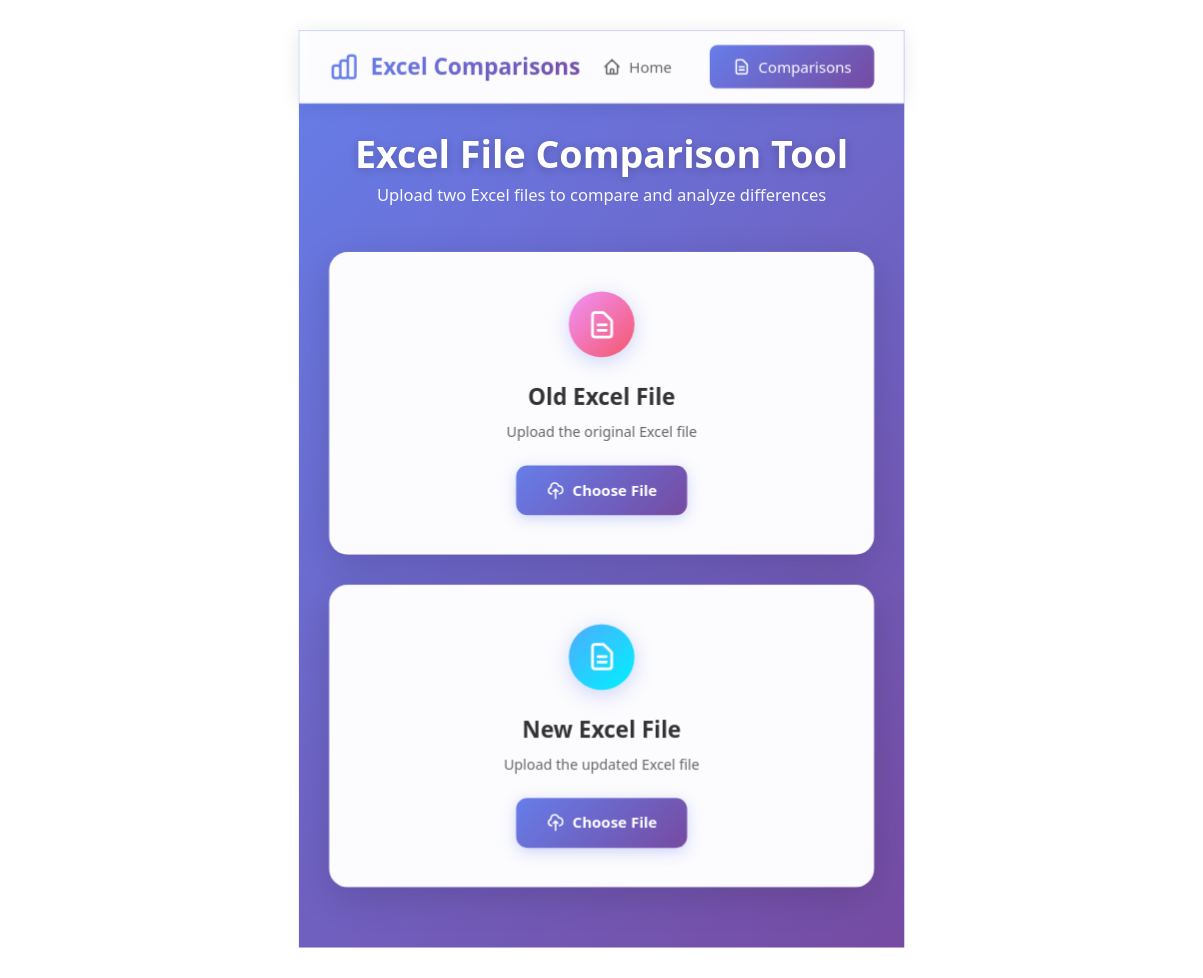
Repository: eidimontaha18-maker/compareexcels
Page: /
These files come from the project's save history. The page is drawn as it stood at one moment and after the next save; the edit follows.
The browser window is 1280 px wide. The pictures show the whole page, at 94% of full size.
The project was rebuilt for these pictures with package versions that can differ from the ones it lists, and the page was loaded fresh each time. Also part of the build but not shown: vite.config.ts.

Above is the page before, as saved 2025-10-16 13:06:15.

### src/App.tsx
import Dashboard from './pages/index'
import './App.css'

function App() {
  return <Dashboard />
}

export default App

### src/pages/index.tsx
import React, { useState } from 'react';
import * as XLSX from 'xlsx';
import './index.css';

interface ExcelRow {
  [key: string]: string | number | boolean | null | undefined;
}

interface ComparisonResult {
  canceled: ExcelRow[];
  edited: ExcelRow[];
  noChange: ExcelRow[];
}

const Dashboard: React.FC = () => {
  const [oldFile, setOldFile] = useState<File | null>(null);
  const [newFile, setNewFile] = useState<File | null>(null);
  const [comparisonResult, setComparisonResult] = useState<ComparisonResult | null>(null);
  const [activeView, setActiveView] = useState<'canceled' | 'edited' | 'noChange' | null>(null);
  const [isLoading, setIsLoading] = useState(false);

  const handleFileUpload = (file: File, type: 'old' | 'new') => {
    if (type === 'old') {
      setOldFile(file);
    } else {
      setNewFile(file);
    }
    // Reset results when new file is uploaded
    setComparisonResult(null);
    setActiveView(null);
  };

  const readExcelFile = (file: File): Promise<ExcelRow[]> => {
    return new Promise((resolve, reject) => {
      const reader = new FileReader();
      reader.onload = (e) => {
        try {
          const data = e.target?.result;
          const workbook = XLSX.read(data, { type: 'binary' });
          const sheetName = workbook.SheetNames[0];
          const worksheet = workbook.Sheets[sheetName];
          const jsonData = XLSX.utils.sheet_to_json(worksheet);
          resolve(jsonData as ExcelRow[]);
        } catch (error) {
          reject(error);
        }
      };
      reader.onerror = reject;
      reader.readAsBinaryString(file);
    });
  };

  const normalizeColumnName = (name: string): string => {
    // Normalize column names to handle variations
    const normalized = name.trim().toLowerCase();
    if (normalized.includes('seq')) return 'Seq.';
    if (normalized.includes('description')) return 'Description';
    if (normalized.includes('qty') || normalized.includes('quantity')) return 'Quantity';
    if (normalized.includes('unit') && normalized.includes('price')) return 'Unit Price';
    if (normalized.includes('amount')) return 'Amount';
    return name;
  };

  const normalizeData = (data: ExcelRow[]): ExcelRow[] => {
    return data.map(row => {
      const normalizedRow: ExcelRow = {};
      Object.keys(row).forEach(key => {
        const normalizedKey = normalizeColumnName(key);
        normalizedRow[normalizedKey] = row[key];
      });
      return normalizedRow;
    });
  };

  const createCompositeKey = (row: ExcelRow): string => {
    // Create a unique key using both Seq. and Description
    const seq = row['Seq.'] != null ? String(row['Seq.']).trim() : '';
    const description = row['Description'] != null ? String(row['Description']).trim() : '';
    return `${seq}|||${description}`; // Using ||| as separator to avoid conflicts
  };

  const compareExcelFiles = async () => {
    if (!oldFile || !newFile) {
      alert('Please upload both Excel files');
      return;
    }

    setIsLoading(true);
    try {
      const oldDataRaw = await readExcelFile(oldFile);
      const newDataRaw = await readExcelFile(newFile);

      // Normalize column names
      const oldData = normalizeData(oldDataRaw);
      const newData = normalizeData(newDataRaw);

      const canceled: ExcelRow[] = [];
      const edited: ExcelRow[] = [];
      const noChange: ExcelRow[] = [];

      // Columns to check for changes (NOT including Seq. and Description)
      // Seq. and Description must match for the row to be considered the same item
      const columnsToCompare = ['Quantity', 'Unit Price', 'Amount'];

      // Create a map of new data using BOTH Seq. AND Description as composite key
      const newDataMap = new Map<string, ExcelRow>();
      newData.forEach(row => {
        const seq = row['Seq.'];
        const description = row['Description'];

        // Only add to map if both Seq. and Description exist
        if (seq != null && description != null) {
          const key = createCompositeKey(row);
          newDataMap.set(key, row);
        }
      });

      // Compare old data with new data based on BOTH Seq. AND Description
      oldData.forEach(oldRow => {
        const seq = oldRow['Seq.'];
        const description = oldRow['Description'];

        // Skip rows without both Seq. and Description
        if (seq == null || description == null) return;

        const key = createCompositeKey(oldRow);
        const newRow = newDataMap.get(key);

        if (!newRow) {
          // Item with same Seq. AND Description not found in new file - CANCELED
          canceled.push(oldRow);
        } else {
          // Item found - now check if Quantity, Unit Price, or Amount changed
          const hasChanges = columnsToCompare.some(col => {
            const oldValue = oldRow[col];
            const newValue = newRow[col];

            // Convert to string for comparison to handle numbers and strings
            const oldStr = oldValue != null ? String(oldValue).trim() : '';
            const newStr = newValue != null ? String(newValue).trim() : '';

            return oldStr !== newStr;
          });

          if (hasChanges) {
            // At least one of Quantity, Unit Price, or Amount changed
            edited.push({ ...oldRow, _status: 'OLD', _changeType: 'Modified' });
            edited.push({ ...newRow, _status: 'NEW', _changeType: 'Modified' });
          } else {
            // Seq., Description, Quantity, Unit Price, and Amount all match
            noChange.push(oldRow);
          }

          // Remove from map to track items processed
          newDataMap.delete(key);
        }
      });

      // Any remaining items in newDataMap are new items (exist in new but not in old)
      // For now, we'll ignore items that only exist in the new file

      setComparisonResult({ canceled, edited, noChange });
      setIsLoading(false);
    } catch (error) {
      console.error('Error comparing files:', error);
      alert('Error processing Excel files. Please ensure they are valid Excel files.');
      setIsLoading(false);
    }
  };

  const renderTable = (data: ExcelRow[]) => {
    if (!data || data.length === 0) {
      return <div className="no-data">No items found in this category</div>;
    }

    // Filter out internal columns like _status and _changeType
    const allColumns = Object.keys(data[0]);
    const columns = allColumns.filter(col => !col.startsWith('_'));

    // For edited items, we need to compare pairs
    const isEditedView = activeView === 'edited';

    const getCellClassName = (row: ExcelRow, col: string, nextRow?: ExcelRow): string => {
      if (!isEditedView || !nextRow) return '';

      // Compare this row with the next row (OLD vs NEW pair)
      const isOldRow = row._status === 'OLD';
      if (!isOldRow) return '';

      const oldValue = String(row[col] ?? '').trim();
      const newValue = String(nextRow[col] ?? '').trim();

      return oldValue !== newValue ? 'cell-changed' : '';
    };

    return (
      <div className="table-container">
        <table className="comparison-table">
          <thead>
            <tr>
              {isEditedView && <th className="status-column">Status</th>}
              {columns.map((col) => (
                <th key={col}>{col}</th>
              ))}
            </tr>
          </thead>
          <tbody>
            {data.map((row, index) => {
              const nextRow = data[index + 1];
              const rowClassName = row._status && typeof row._status === 'string'
                ? `row-${row._status.toLowerCase()}`
                : '';

              return (
                <tr key={index} className={rowClassName}>
                  {isEditedView && (
                    <td className="status-column">
                      <span className={`status-badge ${typeof row._status === 'string' ? row._status.toLowerCase() : ''}`}>
                        {row._status === 'OLD' ? '📋 Old' : '✨ New'}
                      </span>
                    </td>
                  )}
                  {columns.map((col) => (
                    <td
                      key={col}
                      className={getCellClassName(row, col, nextRow)}
                    >
                      {String(row[col] ?? '')}
                    </td>
                  ))}
                </tr>
              );
            })}
          </tbody>
        </table>
      </div>
    );
  };

  return (
    <div className="dashboard">
      {/* Navigation Bar */}
      <nav className="navbar">
        <div className="navbar-container">
          <div className="navbar-brand">
            <svg className="logo-icon" viewBox="0 0 24 24" fill="none" stroke="currentColor">
              <path strokeLinecap="round" strokeLinejoin="round" strokeWidth={2} d="M9 19v-6a2 2 0 00-2-2H5a2 2 0 00-2 2v6a2 2 0 002 2h2a2 2 0 002-2zm0 0V9a2 2 0 012-2h2a2 2 0 012 2v10m-6 0a2 2 0 002 2h2a2 2 0 002-2m0 0V5a2 2 0 012-2h2a2 2 0 012 2v14a2 2 0 01-2 2h-2a2 2 0 01-2-2z" />
            </svg>
            <span className="navbar-title">Excel Comparisons</span>
          </div>
          <div className="navbar-menu">
            <button className="nav-btn">
              <svg viewBox="0 0 24 24" fill="none" stroke="currentColor">
                <path strokeLinecap="round" strokeLinejoin="round" strokeWidth={2} d="M3 12l2-2m0 0l7-7 7 7M5 10v10a1 1 0 001 1h3m10-11l2 2m-2-2v10a1 1 0 01-1 1h-3m-6 0a1 1 0 001-1v-4a1 1 0 011-1h2a1 1 0 011 1v4a1 1 0 001 1m-6 0h6" />
              </svg>
              Home
            </button>
            <button className="nav-btn active">
              <svg viewBox="0 0 24 24" fill="none" stroke="currentColor">
                <path strokeLinecap="round" strokeLinejoin="round" strokeWidth={2} d="M9 12h6m-6 4h6m2 5H7a2 2 0 01-2-2V5a2 2 0 012-2h5.586a1 1 0 01.707.293l5.414 5.414a1 1 0 01.293.707V19a2 2 0 01-2 2z" />
              </svg>
              Comparisons
            </button>
          </div>
        </div>
      </nav>

      {/* Main Content */}
      <div className="dashboard-content">
        <header className="page-header">
          <h1>Excel File Comparison Tool</h1>
          <p>Upload two Excel files to compare and analyze differences</p>
        </header>

        {/* Upload Section */}
        <div className="upload-section">
          <div className="upload-card">
            <div className="upload-icon old">
              <svg viewBox="0 0 24 24" fill="none" stroke="currentColor">
                <path strokeLinecap="round" strokeLinejoin="round" strokeWidth={2} d="M9 12h6m-6 4h6m2 5H7a2 2 0 01-2-2V5a2 2 0 012-2h5.586a1 1 0 01.707.293l5.414 5.414a1 1 0 01.293.707V19a2 2 0 01-2 2z" />
              </svg>
            </div>
            <h3>Old Excel File</h3>
            <p className="upload-description">Upload the original Excel file</p>
            <label className="upload-btn">
              <input
                type="file"
                accept=".xlsx,.xls,.csv"
                onChange={(e) => e.target.files && handleFileUpload(e.target.files[0], 'old')}
              />
              <svg viewBox="0 0 24 24" fill="none" stroke="currentColor">
                <path strokeLinecap="round" strokeLinejoin="round" strokeWidth={2} d="M7 16a4 4 0 01-.88-7.903A5 5 0 1115.9 6L16 6a5 5 0 011 9.9M15 13l-3-3m0 0l-3 3m3-3v12" />
              </svg>
              Choose File
            </label>
            {oldFile && (
              <div className="file-info">
                <svg viewBox="0 0 24 24" fill="currentColor">
                  <path d="M9 12.75L11.25 15 15 9.75M21 12a9 9 0 11-18 0 9 9 0 0118 0z" />
                </svg>
                {oldFile.name}
              </div>
            )}
          </div>

          <div className="upload-card">
            <div className="upload-icon new">
              <svg viewBox="0 0 24 24" fill="none" stroke="currentColor">
                <path strokeLinecap="round" strokeLinejoin="round" strokeWidth={2} d="M9 12h6m-6 4h6m2 5H7a2 2 0 01-2-2V5a2 2 0 012-2h5.586a1 1 0 01.707.293l5.414 5.414a1 1 0 01.293.707V19a2 2 0 01-2 2z" />
              </svg>
            </div>
            <h3>New Excel File</h3>
            <p className="upload-description">Upload the updated Excel file</p>
            <label className="upload-btn">
              <input
                type="file"
                accept=".xlsx,.xls,.csv"
                onChange={(e) => e.target.files && handleFileUpload(e.target.files[0], 'new')}
              />
              <svg viewBox="0 0 24 24" fill="none" stroke="currentColor">
                <path strokeLinecap="round" strokeLinejoin="round" strokeWidth={2} d="M7 16a4 4 0 01-.88-7.903A5 5 0 1115.9 6L16 6a5 5 0 011 9.9M15 13l-3-3m0 0l-3 3m3-3v12" />
              </svg>
              Choose File
            </label>
            {newFile && (
              <div className="file-info">
                <svg viewBox="0 0 24 24" fill="currentColor">
                  <path d="M9 12.75L11.25 15 15 9.75M21 12a9 9 0 11-18 0 9 9 0 0118 0z" />
                </svg>
                {newFile.name}
              </div>
            )}
          </div>
        </div>

        {/* Compare Button */}
        {oldFile && newFile && !comparisonResult && (
          <div className="compare-button-container">
            <button
              className="compare-btn"
              onClick={compareExcelFiles}
              disabled={isLoading}
            >
              {isLoading ? (
                <>
                  <div className="spinner"></div>
                  Processing...
                </>
              ) : (
                <>
                  <svg viewBox="0 0 24 24" fill="none" stroke="currentColor">
                    <path strokeLinecap="round" strokeLinejoin="round" strokeWidth={2} d="M9 5H7a2 2 0 00-2 2v12a2 2 0 002 2h10a2 2 0 002-2V7a2 2 0 00-2-2h-2M9 5a2 2 0 002 2h2a2 2 0 002-2M9 5a2 2 0 012-2h2a2 2 0 012 2m-6 9l2 2 4-4" />
                  </svg>
                  Compare Files
                </>
              )}
            </button>
          </div>
        )}

        {/* Comparison Summary */}
        {comparisonResult && (
          <div className="summary-card">
            <div className="summary-icon">
              <svg viewBox="0 0 24 24" fill="none" stroke="currentColor">
                <path strokeLinecap="round" strokeLinejoin="round" strokeWidth={2} d="M9 19v-6a2 2 0 00-2-2H5a2 2 0 00-2 2v6a2 2 0 002 2h2a2 2 0 002-2zm0 0V9a2 2 0 012-2h2a2 2 0 012 2v10m-6 0a2 2 0 002 2h2a2 2 0 002-2m0 0V5a2 2 0 012-2h2a2 2 0 012 2v14a2 2 0 01-2 2h-2a2 2 0 01-2-2z" />
              </svg>
            </div>
            <h3>Comparison Complete! ✨</h3>
            <p>Files compared using <strong>Seq. + Description</strong> as matching keys. Changes detected in <strong>Quantity, Unit Price, and Amount</strong>.</p>
            <div className="summary-stats">
              <div className="summary-stat">
                <span className="stat-number canceled-color">{comparisonResult.canceled.length}</span>
                <span className="stat-text">Deleted</span>
              </div>
              <div className="summary-stat">
                <span className="stat-number edited-color">{comparisonResult.edited.length / 2}</span>
                <span className="stat-text">Modified</span>
              </div>
              <div className="summary-stat">
                <span className="stat-number nochange-color">{comparisonResult.noChange.length}</span>
                <span className="stat-text">Unchanged</span>
              </div>
            </div>
          </div>
        )}

        {/* Filter Buttons */}
        {comparisonResult && (
          <>
            <div className="filter-section">
              <button
                className={`filter-btn canceled ${activeView === 'canceled' ? 'active' : ''}`}
                onClick={() => setActiveView('canceled')}
              >
                <svg viewBox="0 0 24 24" fill="none" stroke="currentColor">
                  <path strokeLinecap="round" strokeLinejoin="round" strokeWidth={2} d="M10 14l2-2m0 0l2-2m-2 2l-2-2m2 2l2 2m7-2a9 9 0 11-18 0 9 9 0 0118 0z" />
                </svg>
                <span className="filter-label">Canceled Items</span>
                <span className="filter-count">{comparisonResult.canceled.length}</span>
              </button>

              <button
                className={`filter-btn edited ${activeView === 'edited' ? 'active' : ''}`}
                onClick={() => setActiveView('edited')}
              >
                <svg viewBox="0 0 24 24" fill="none" stroke="currentColor">
                  <path strokeLinecap="round" strokeLinejoin="round" strokeWidth={2} d="M11 5H6a2 2 0 00-2 2v11a2 2 0 002 2h11a2 2 0 002-2v-5m-1.414-9.414a2 2 0 112.828 2.828L11.828 15H9v-2.828l8.586-8.586z" />
                </svg>
                <span className="filter-label">Edited Items</span>
                <span className="filter-count">{comparisonResult.edited.length / 2}</span>
              </button>

              <button
                className={`filter-btn nochange ${activeView === 'noChange' ? 'active' : ''}`}
                onClick={() => setActiveView('noChange')}
              >
                <svg viewBox="0 0 24 24" fill="none" stroke="currentColor">
                  <path strokeLinecap="round" strokeLinejoin="round" strokeWidth={2} d="M9 12l2 2 4-4m6 2a9 9 0 11-18 0 9 9 0 0118 0z" />
                </svg>
                <span className="filter-label">No Change</span>
                <span className="filter-count">{comparisonResult.noChange.length}</span>
              </button>
            </div>

            {/* Results Table */}
            {activeView && (
              <div className="results-section">
                <div className="results-header">
                  <h2>
                    {activeView === 'canceled' && '🗑️ Canceled Items'}
                    {activeView === 'edited' && '✏️ Edited Items'}
                    {activeView === 'noChange' && '✅ Items with No Change'}
                  </h2>
                  <p className="results-description">
                    {activeView === 'canceled' &&
                      'Items where BOTH Seq. AND Description from the old file are not found in the new file (deleted/canceled items).'}
                    {activeView === 'edited' &&
                      'Items with the SAME Seq. and Description, but with changes in Quantity, Unit Price, or Amount. Changed values are highlighted in red with ✎.'}
                    {activeView === 'noChange' &&
                      'Items where Seq., Description, Quantity, Unit Price, AND Amount all remain identical in both files.'}
                  </p>
                </div>
                {renderTable(comparisonResult[activeView])}
              </div>
            )}
          </>
        )}
      </div>
    </div>
  );
};

export default Dashboard;

Loaded but not shown: index.html (common file); src/main.tsx (common file); src/index.css (common file); src/App.css (common file); src/pages/index.css (810 lines, source omitted)

After the next save:
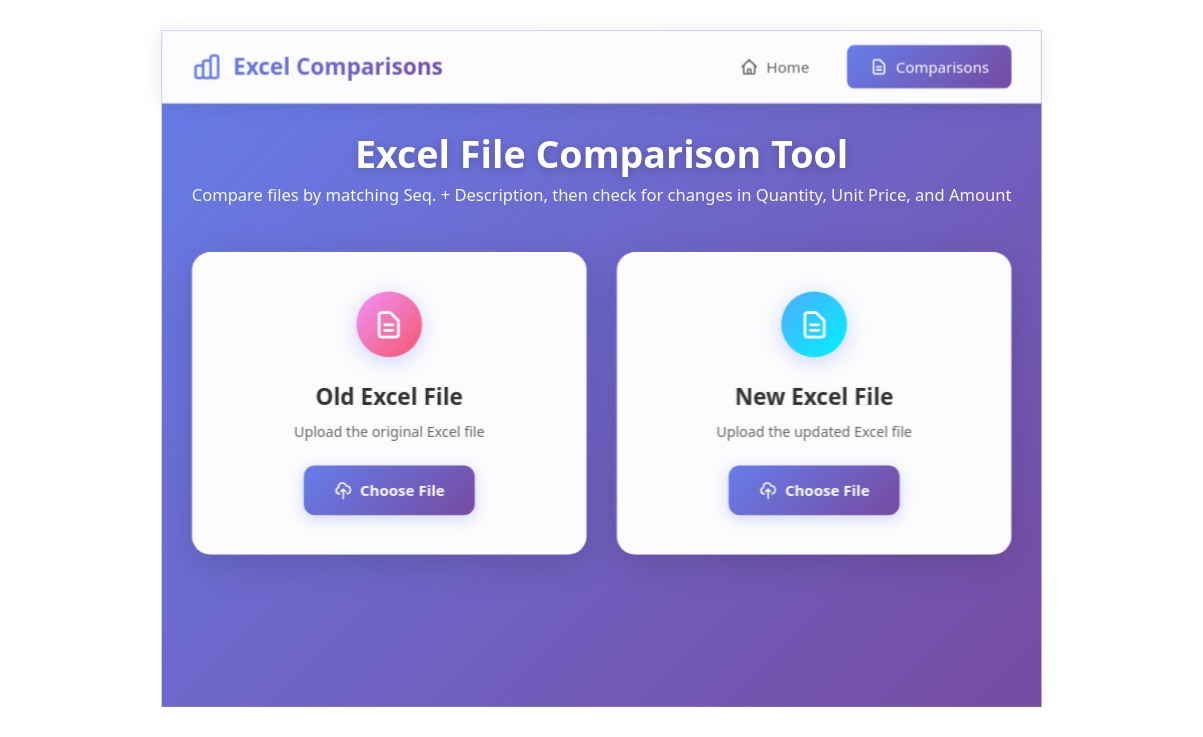
Saved 29 s later.
--- a/src/pages/index.tsx
+++ b/src/pages/index.tsx
@@ -269,7 +269,7 @@ const Dashboard: React.FC = () => {
       <div className="dashboard-content">
         <header className="page-header">
           <h1>Excel File Comparison Tool</h1>
-          <p>Upload two Excel files to compare and analyze differences</p>
+          <p>Compare files by matching Seq. + Description, then check for changes in Quantity, Unit Price, and Amount</p>
         </header>
 
         {/* Upload Section */}
